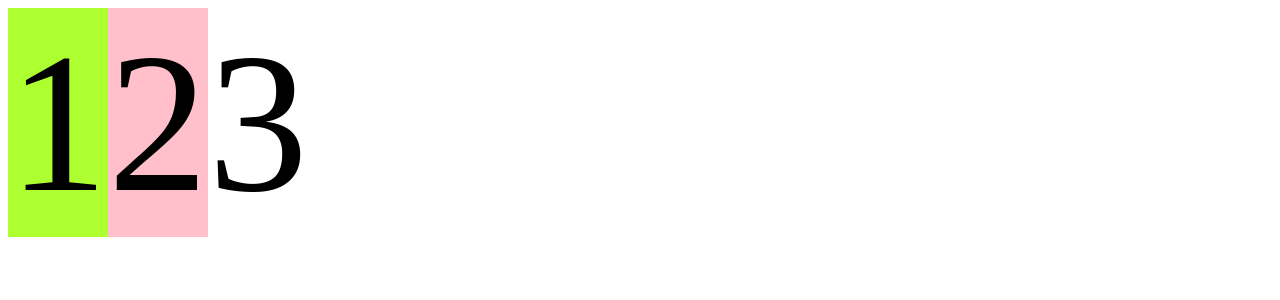
Repository: Germtao/Web
Page: web_css/css_浮动.html
An editor plug-in stored every save of this project. The page is shown before and after the next save, followed by the edit.
The browser window is 1280 px wide. The pictures show the whole page.

Above is the page before, as saved 2020-10-29 17:45:57.

After the next save:
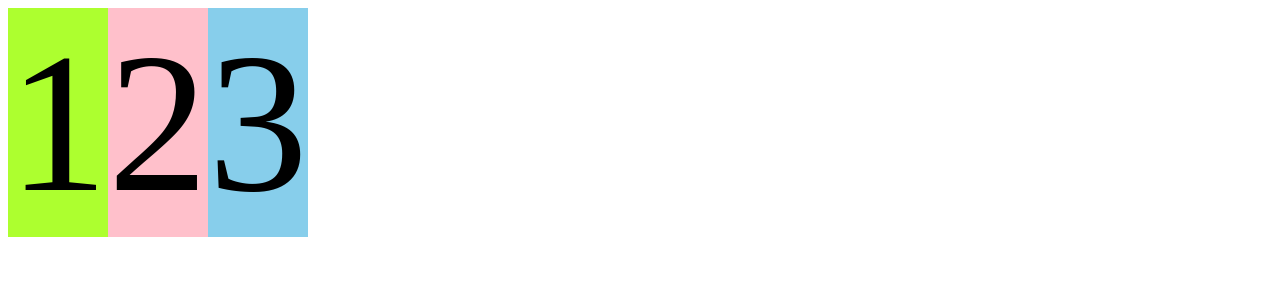
Saved 19 s later.
--- a/web_css/css_浮动.html
+++ b/web_css/css_浮动.html
@@ -80,6 +80,11 @@
       float: left;
       background-color: pink;
     }
+
+    .div3 {
+      float: left;
+      background-color: skyblue;
+    }
   </style>
 </head>
 
